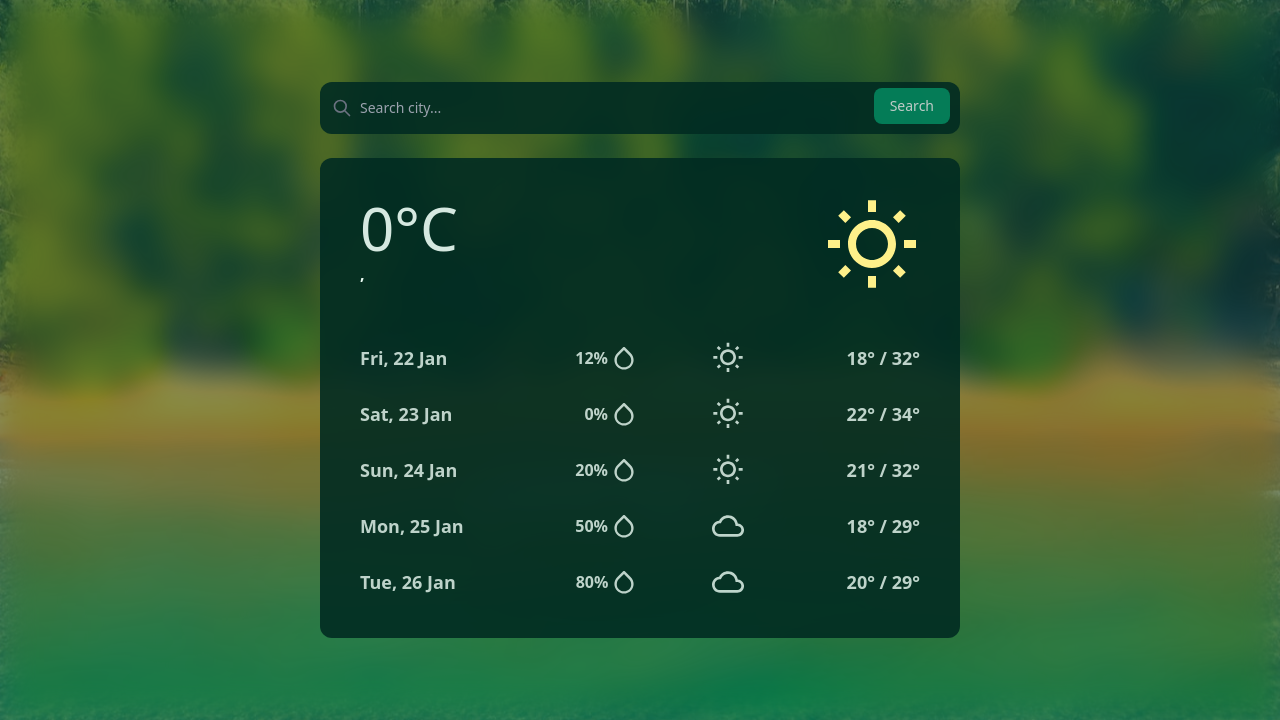
Repository: mikelCabezas/angular-exercices
Page: / (app in weather-app/)
These files come from the project's save history. The page is drawn as it stood at one moment and after the next save; the edit follows.
The browser window is 1280 px wide. The pictures show the whole page.
The project was rebuilt for these pictures with package versions that can differ from the ones it lists, and the page was loaded fresh each time. Also part of the build but not shown: weather-app/angular.json.

Above is the page before, as saved 2023-09-18 19:22:55.

After the next save:
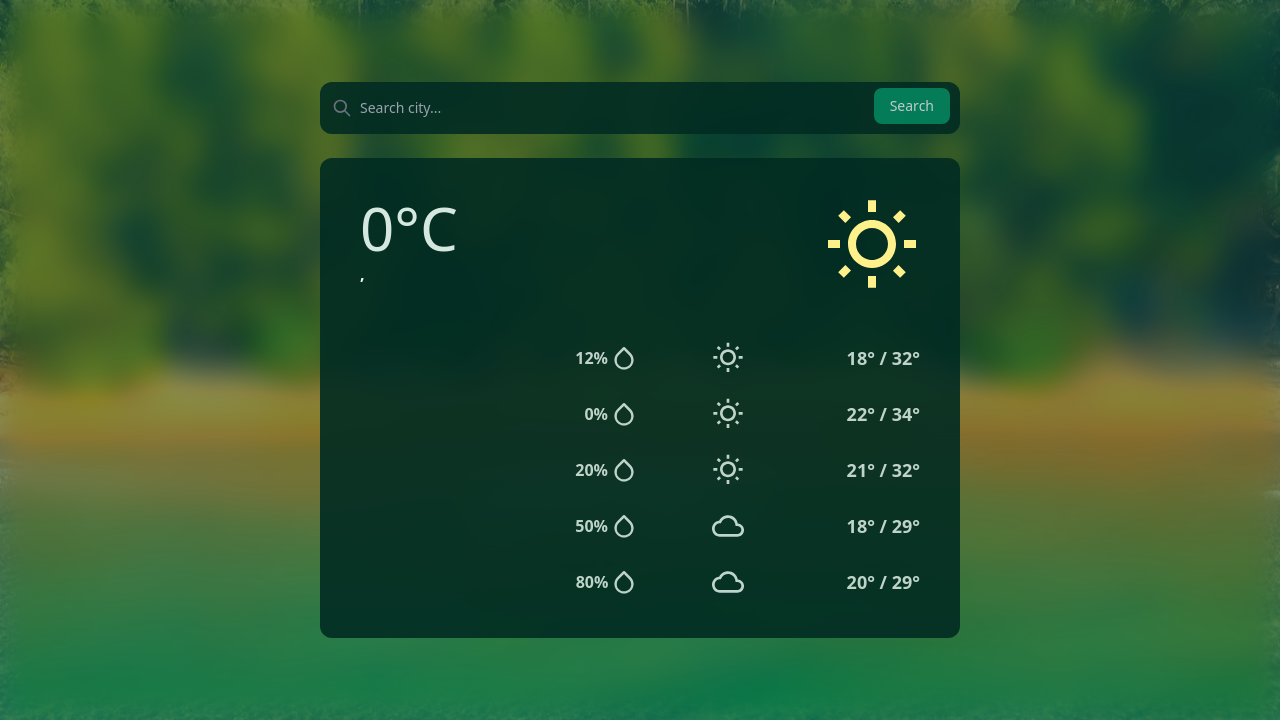
Saved 49 s later.
--- a/weather-app/src/app/components/dashboard/dashboard.component.html
+++ b/weather-app/src/app/components/dashboard/dashboard.component.html
@@ -59,7 +59,7 @@
 
         <div class="flex flex-col space-y-6 mt-12">
             <div class="flex justify-between items-center">
-                <span class="font-semibold text-lg w-1/4">Fri, 22 Jan</span>
+                <span class="font-semibold text-lg w-1/4">{{time1h}}</span>
                 <div class="flex items-center justify-end w-1/4 pr-10">
                     <span class="font-semibold">12%</span>
                     <svg
@@ -86,7 +86,7 @@
                 <span class="font-semibold text-lg w-1/4 text-right">18° / 32°</span>
             </div>
             <div class="flex justify-between items-center">
-                <span class="font-semibold text-lg w-1/4">Sat, 23 Jan</span>
+                <span class="font-semibold text-lg w-1/4">{{time1h}}</span>
                 <div class="flex items-center justify-end pr-10 w-1/4">
                     <span class="font-semibold">0%</span>
                     <svg
@@ -113,7 +113,7 @@
                 <span class="font-semibold text-lg w-1/4 text-right">22° / 34°</span>
             </div>
             <div class="flex justify-between items-center">
-                <span class="font-semibold text-lg w-1/4">Sun, 24 Jan</span>
+                <span class="font-semibold text-lg w-1/4">{{time1h}}</span>
                 <div class="flex items-center justify-end pr-10 w-1/4">
                     <span class="font-semibold">20%</span>
                     <svg
@@ -140,7 +140,7 @@
                 <span class="font-semibold text-lg w-1/4 text-right">21° / 32°</span>
             </div>
             <div class="flex justify-between items-center">
-                <span class="font-semibold text-lg w-1/4">Mon, 25 Jan</span>
+                <span class="font-semibold text-lg w-1/4">{{time1h}}</span>
                 <div class="flex items-center justify-end pr-10 w-1/4">
                     <span class="font-semibold">50%</span>
                     <svg
@@ -167,7 +167,7 @@
                 <span class="font-semibold text-lg w-1/4 text-right">18° / 29°</span>
             </div>
             <div class="flex justify-between items-center">
-                <span class="font-semibold text-lg w-1/4">Tue, 26 Jan</span>
+                <span class="font-semibold text-lg w-1/4">{{time1h}}</span>
                 <div class="flex items-center justify-center w-1/4">
                     <span class="font-semibold">80%</span>
                     <svg
